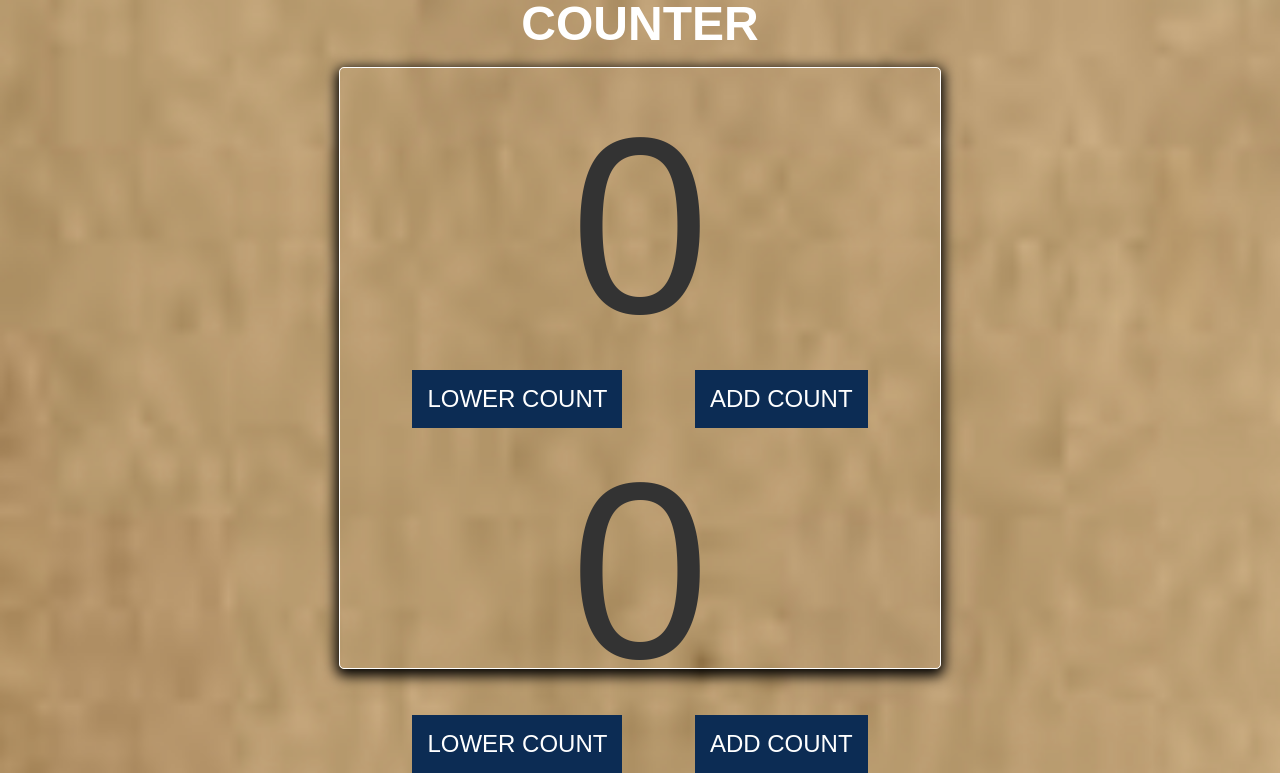
Repository: Hasmik-icml/counter
Page: index.html
These files come from the project's save history. The page is drawn as it stood at one moment and after the next save; the edit follows.
The browser window is 1280 px wide. The pictures show the whole page.

Above is the page before, as saved 2022-02-14 17:29:45.

After the next save:
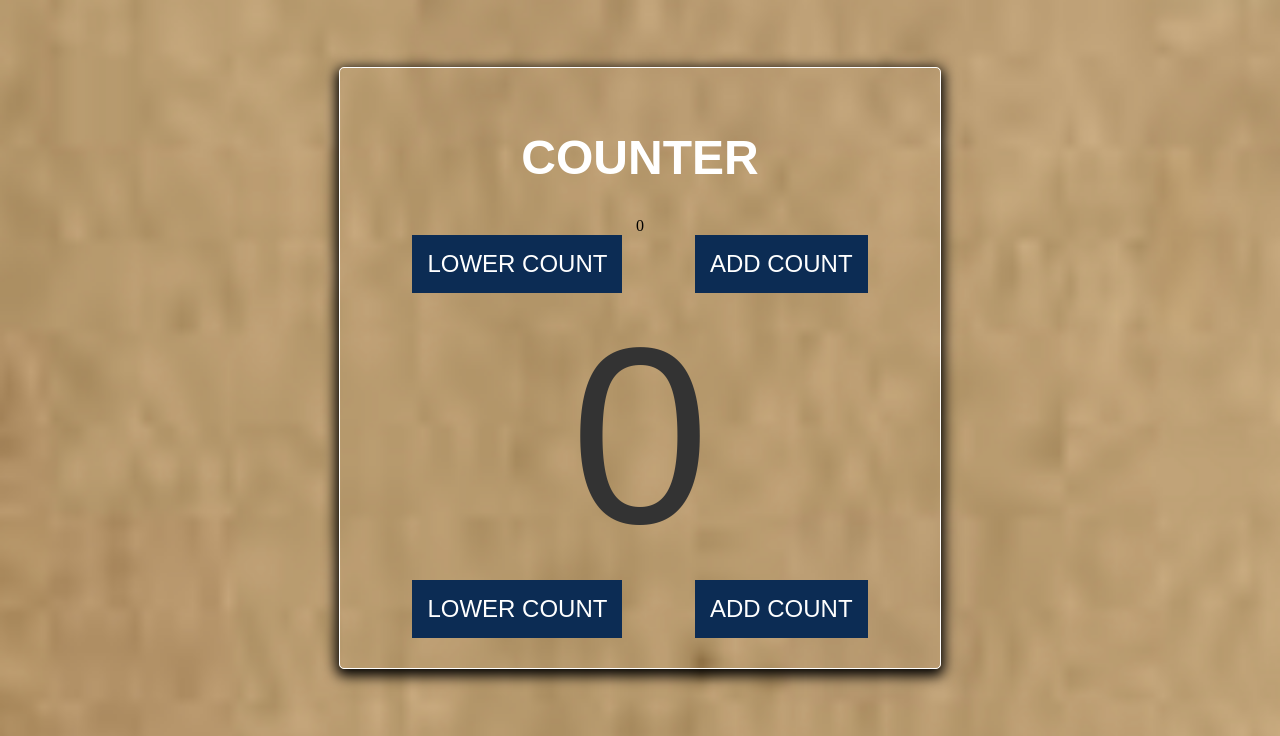
Saved 7 s later.
--- a/index.html
+++ b/index.html
@@ -10,7 +10,7 @@
 <body>
     <div class="container">
         <h1 class="counterHeader">COUNTER</h1>
-        <div class="result">0</div>
+        <div class="resultI">0</div>
         <div class="buttons">
             <button class="buttonLower button">LOWER COUNT</button>
             <button class="buttonAdd button">ADD COUNT</button>

After the save that followed:
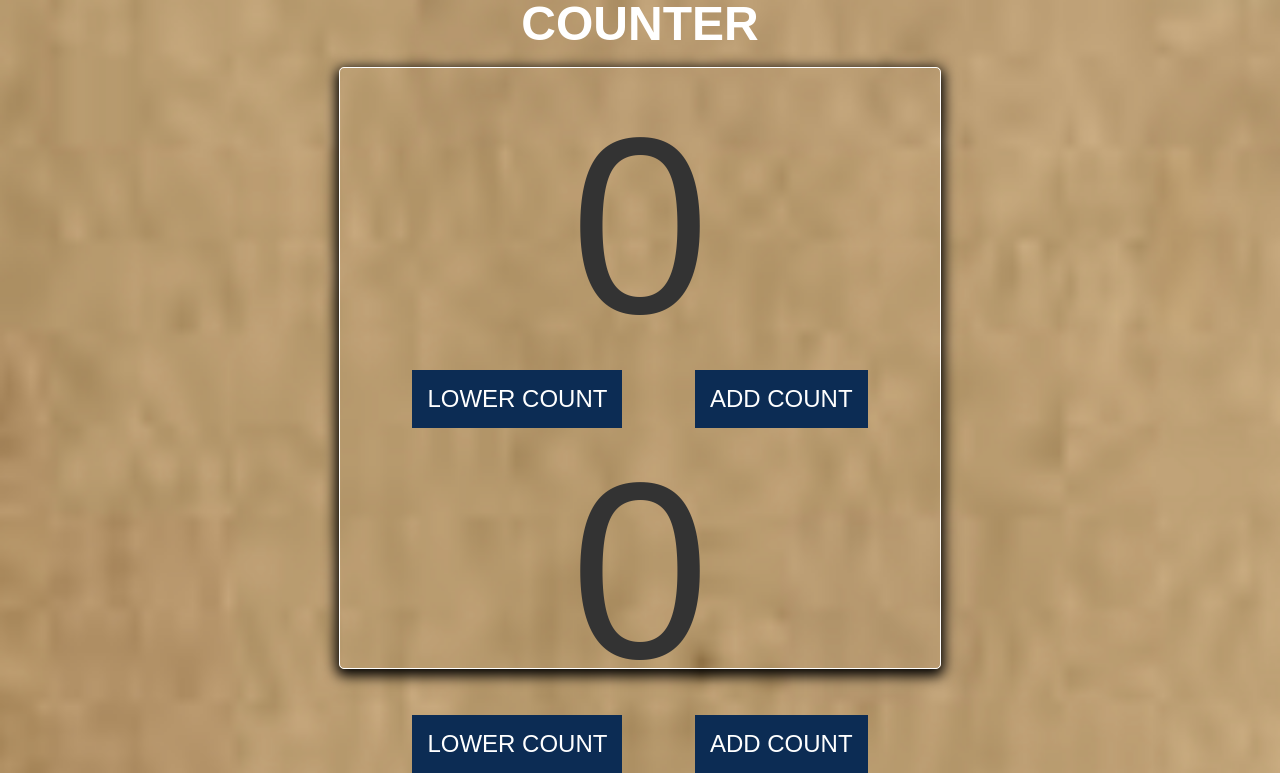
Saved 4 s later.
--- a/index.html
+++ b/index.html
@@ -10,7 +10,7 @@
 <body>
     <div class="container">
         <h1 class="counterHeader">COUNTER</h1>
-        <div class="resultI">0</div>
+        <div class="resultIncris result">0</div>
         <div class="buttons">
             <button class="buttonLower button">LOWER COUNT</button>
             <button class="buttonAdd button">ADD COUNT</button>
